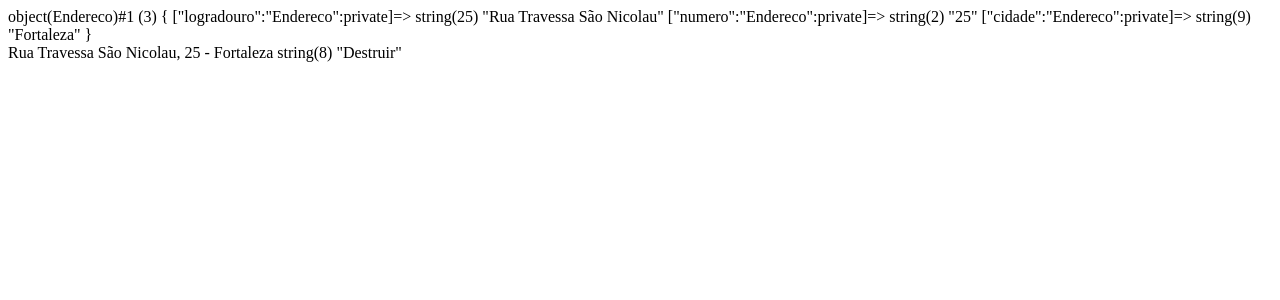
Repository: JeffersonDomingos/estudoPHP
Page: http://localhost/Endereco.php
The author's editor kept a copy of each file at every save. The page is drawn from the files as they stood at one save, then again after the next save.
The browser window is 1280 px wide. The pictures show the whole page.
The page is run by PHP 8.4 with error messages shown; the project is at /var/www/html/.

Above is the page before, as saved 2024-02-21 20:51:33.

### listaExercicio/POO/Endereco.php
<?php

class Endereco {

  private $logradouro;
  private $numero;
  private $cidade;

  public function __construct($a, $b, $c){

      $this->logradouro = $a;
      $this->numero = $b;
      $this->cidade = $c;

  }

  public function __destruct(){

      var_dump("Destruir");

  }

  public function __toString(){

      return $this->logradouro.", ". $this->numero." - ".$this->cidade;

  }

}


$meuEndereco = new Endereco("Rua Travessa São Nicolau", "25", "Fortaleza");

var_dump($meuEndereco);

echo "<br>";

// unset($meuEndereco);

echo $meuEndereco;

?>

After the next save:
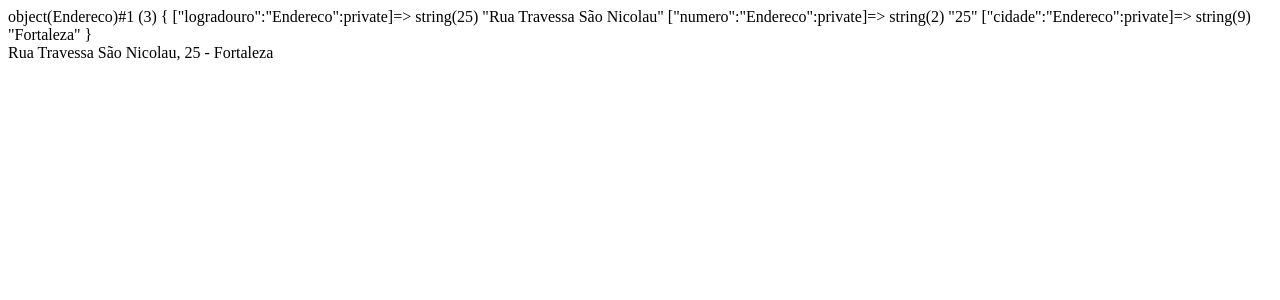
Saved 17 s later.
--- a/listaExercicio/POO/Endereco.php
+++ b/listaExercicio/POO/Endereco.php
@@ -16,7 +16,7 @@
 
   public function __destruct(){
 
-      var_dump("Destruir");
+//       var_dump("Destruir");
 
   }
 

After the save that followed:
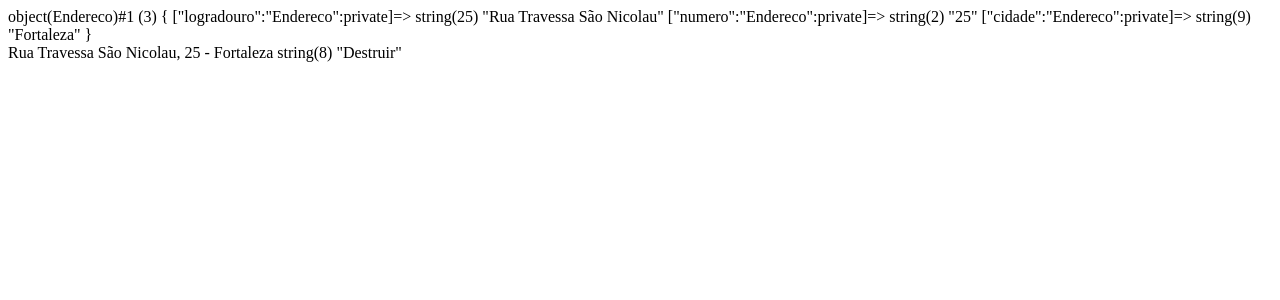
Saved 63 s later.
--- a/listaExercicio/POO/Endereco.php
+++ b/listaExercicio/POO/Endereco.php
@@ -16,7 +16,7 @@
 
   public function __destruct(){
 
-//       var_dump("Destruir");
+      var_dump("Destruir");
 
   }
 
